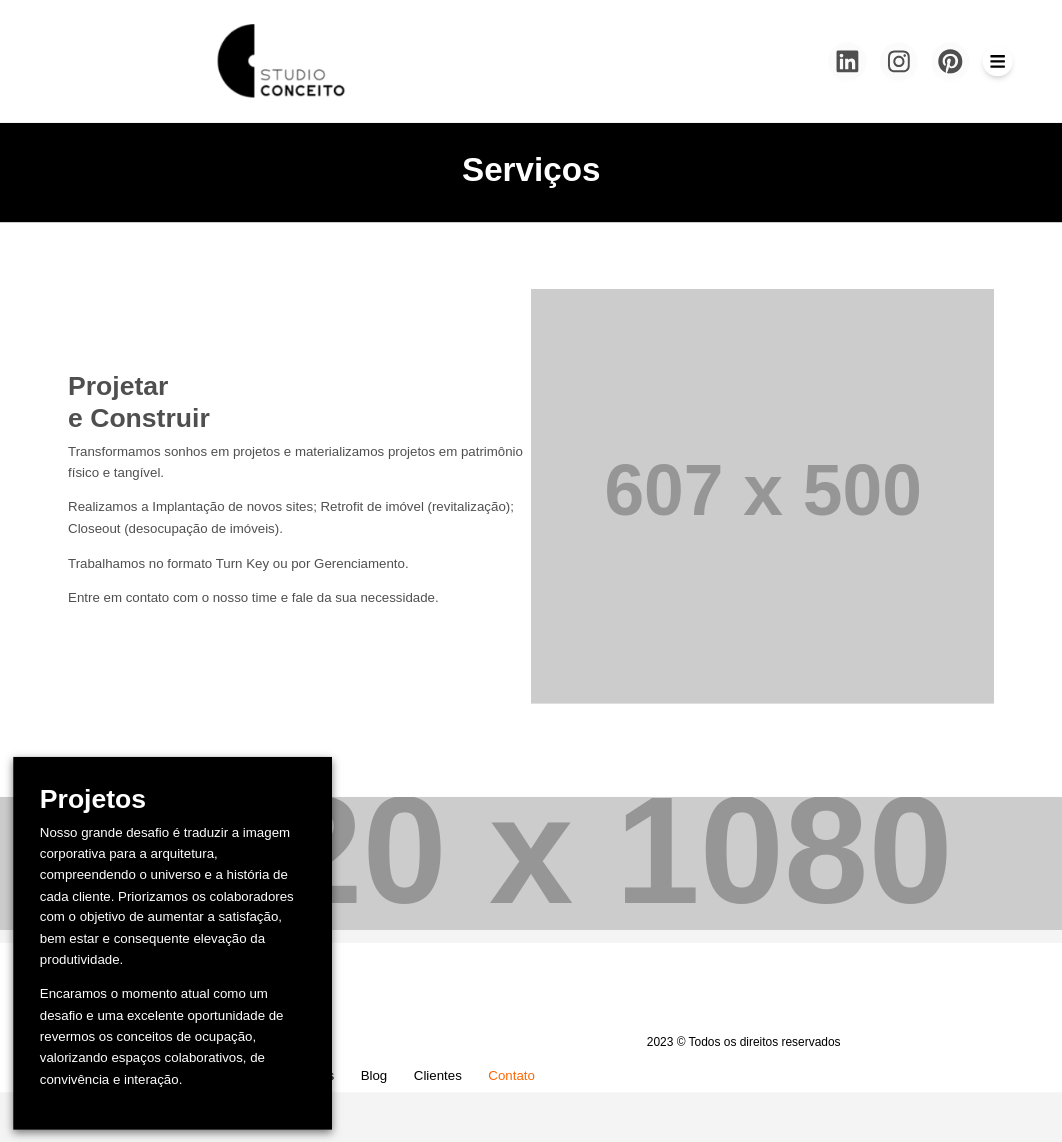
Repository: Upstairs-Agencia/studio-conceito-react
Page: /servicos
An editor plug-in stored every save of this project. The page is shown before and after a run of saves, followed by the edit.
The browser window is 1280 px wide. The pictures show the whole page, at 83% of full size.
The project was rebuilt for these pictures with package versions that can differ from the ones it lists, and the page was loaded fresh each time. Also part of the build but not shown: src/pages/Home.js, src/pages/QuemSomos.js, src/pages/Cases.js, src/pages/Blog.js, src/pages/Clientes.js, src/pages/Contato.js.

Above is the page before, as saved 2024-12-28 03:13:53.

### public/index.html
<!DOCTYPE html>
<html lang="en">
  <head>
    <meta charset="utf-8" />
    <link rel="icon" href="%PUBLIC_URL%/favicon.ico" />
    <meta name="viewport" content="width=device-width, initial-scale=1" />
    <meta name="theme-color" content="#000000" />
    <meta
      name="description"
      content="Web site created using create-react-app"
    />
    <link rel="apple-touch-icon" href="%PUBLIC_URL%/logo192.png" />
    <!--
      manifest.json provides metadata used when your web app is installed on a
      user's mobile device or desktop. See https://developers.google.com/web/fundamentals/web-app-manifest/
    -->
    <link rel="manifest" href="%PUBLIC_URL%/manifest.json" />
    <!--
      Notice the use of %PUBLIC_URL% in the tags above.
      It will be replaced with the URL of the `public` folder during the build.
      Only files inside the `public` folder can be referenced from the HTML.

      Unlike "/favicon.ico" or "favicon.ico", "%PUBLIC_URL%/favicon.ico" will
      work correctly both with client-side routing and a non-root public URL.
      Learn how to configure a non-root public URL by running `npm run build`.
    -->
    <title>Studio Conceito</title>
  </head>
  <body>
    <noscript>You need to enable JavaScript to run this app.</noscript>
    <div id="root"></div>
    <!--
      This HTML file is a template.
      If you open it directly in the browser, you will see an empty page.

      You can add webfonts, meta tags, or analytics to this file.
      The build step will place the bundled scripts into the <body> tag.

      To begin the development, run `npm start` or `yarn start`.
      To create a production bundle, use `npm run build` or `yarn build`.
    -->
  </body>
</html>

### src/index.js

import React from 'react';
import ReactDOM from 'react-dom';
import App from './App';
import 'mdb-react-ui-kit/dist/css/mdb.min.css'; // MDB styles
import './index.css'; // Global styles

ReactDOM.render(
  <React.StrictMode>
    <App />
  </React.StrictMode>,
  document.getElementById('root')
);

### src/App.js

import React from 'react';
import { BrowserRouter as Router, Routes, Route } from 'react-router-dom';
import Home from './pages/Home';
import QuemSomos from './pages/QuemSomos';
import Servicos from './pages/Servicos';
import Cases from './pages/Cases';
import Blog from './pages/Blog';
import Clientes from './pages/Clientes';
import Contato from './pages/Contato';

function App() {
  return (
    <Router>
      <Routes>
        <Route path="/" element={<Home />} />
        <Route path="/quem-somos" element={<QuemSomos />} />
        <Route path="/servicos" element={<Servicos />} />
        <Route path="/cases" element={<Cases />} />
        <Route path="/blog" element={<Blog />} />
        <Route path="/clientes" element={<Clientes />} />
        <Route path="/contato" element={<Contato />} />
      </Routes>
    </Router>
  );
}

export default App;

### src/index.css

body {
  margin: 0;
  font-family: Arial, sans-serif;
  background-color: #f4f4f4;
}

### src/pages/Servicos.js
import React from "react";
import { MDBContainer } from "mdb-react-ui-kit";

import Navbar from '../components/navbar';
import Footer from '../components/footer';

const Servicos = () => {
  // Placeholder de imagens
  const placeholderImage1 = "https://via.placeholder.com/607x500"; // Imagem ao lado do texto
  const placeholderImage2 = "https://via.placeholder.com/1920x1080"; // Imagem de fundo

  return (
    <>
      {/* Navbar */}
      <Navbar/>


      <header style={{ backgroundColor: "black", color: "white", padding: "2rem 0", textAlign: "center" }}>
        <h1 className="fw-bold">Serviços</h1>
      </header>

      {/* Seção Projetar e Construir */}
      <section style={{ backgroundColor: "white", padding: "5rem 0" }}>
        <MDBContainer className="d-flex flex-column flex-lg-row align-items-center">
          {/* Texto */}
          <div style={{ flex: "1", marginBottom: "2rem" }}>
            <h2 className="fw-bold">Projetar<br />e Construir</h2>
            <p>
              Transformamos sonhos em projetos e materializamos projetos em patrimônio físico e tangível.
            </p>
            <p>
              Realizamos a Implantação de novos sites; Retrofit de imóvel (revitalização); Closeout (desocupação de imóveis).
            </p>
            <p>
              Trabalhamos no formato Turn Key ou por Gerenciamento.
            </p>
            <p>
              Entre em contato com o nosso time e fale da sua necessidade.
            </p>
          </div>

          {/* Imagem */}
          <div style={{ flex: "1", textAlign: "center" }}>
            <img
              src={placeholderImage1}
              alt="Projetar e Construir"
              style={{
                width: "100%",
                maxWidth: "607px",
                height: "500px",
                objectFit: "cover",
                marginBottom: "2rem",
              }}
            />
          </div>
        </MDBContainer>
      </section>

      {/* Seção Projetos */}
      <section
        style={{
          backgroundImage: `url(${placeholderImage2})`,
          backgroundSize: "cover",
          backgroundPosition: "center",
          padding: "5rem 0",
          position: "relative",
        }}
      >
        <MDBContainer>
          {/* Retângulo com texto */}
          <div
            style={{
              backgroundColor: "black",
              color: "white",
              padding: "2rem",
              width: "30%",
              position: "absolute",
              top: "-3rem", // Faz o retângulo subir sobre a imagem de fundo
              left: "1rem", // Margem à esquerda
              height: "auto", // Aumenta a altura com base no conteúdo
              boxShadow: "0px 4px 10px rgba(0, 0, 0, 0.5)", // Para criar um efeito de profundidade
            }}
          >
            <h2 className="fw-bold">Projetos</h2>
            <p>
              Nosso grande desafio é traduzir a imagem corporativa para a arquitetura, compreendendo o universo e a história de cada cliente. Priorizamos os colaboradores com o objetivo de aumentar a satisfação, bem estar e consequente elevação da produtividade.
            </p>
            <p>
              Encaramos o momento atual como um desafio e uma excelente oportunidade de revermos os conceitos de ocupação, valorizando espaços colaborativos, de convivência e interação.
            </p>
          </div>
        </MDBContainer>
      </section>

      <Footer/>
    </>
  );
};

export default Servicos;

### src/components/navbar.js
import React, { useState } from "react";

import Logo from "../images/logoBlack.png";

import {
  MDBNavbar,
  MDBNavbarBrand,
  MDBContainer,
} from "mdb-react-ui-kit";
import { FaLinkedin, FaInstagram, FaPinterest, FaBars } from "react-icons/fa";
import { IoIosClose } from "react-icons/io";
import { Link } from "react-router-dom";

import SeloGptw from "../images/selo-gptw.png";

const Navbar = () => {
  const [showMenu, setShowMenu] = useState(false);

  return (
    <>
      {/* Navbar */}
      <MDBNavbar dark bgColor="white" className="py-4 px-5">
        <MDBContainer fluid className="d-flex justify-content-between align-items-center">
          {/* Logo */}
          <MDBNavbarBrand href="#" className="ms-5">
            <img
              src={Logo}
              alt="Logo"
              style={{ maxHeight: "90px", marginLeft: "12vw"}}
            />
          </MDBNavbarBrand>

          {/* Social Icons and Menu Toggle */}
          <div className="d-flex align-items-center">
            {/* Social Icons */}
            <div className="d-flex gap-3 me-3">
              <button className="btn btn-light rounded-circle p-2">
                <FaLinkedin size={30} />
              </button>
              <button className="btn btn-light rounded-circle p-2">
                <FaInstagram size={30} />
              </button>
              <button className="btn btn-light rounded-circle p-2">
                <FaPinterest size={30} />
              </button>
            </div>

            {/* FaBars Icon for Sidebar */}
            <button
              className="btn rounded-circle p-2"
              style={{
                background: "none",
                border: "none",
                cursor: "pointer",
              }}
              onClick={() => setShowMenu(!showMenu)}
            >
              <FaBars size={20} color="black" />
            </button>
          </div>
        </MDBContainer>
      </MDBNavbar>

      {/* Sidebar Menu */}
      {showMenu && (
        <div
          className="position-fixed top-0 end-0 bg-white vh-100 vw-350 shadow-lg d-flex flex-column"
          style={{ zIndex: 1050, width: "500px" }}
        >
          <div className="d-flex justify-content-end p-3">
            {/* Close Button */}
            <button
              className="p-0"
              style={{
                background: "none",
                border: "none",
                cursor: "pointer",
              }}
              onClick={() => setShowMenu(false)}
            >
              <IoIosClose size={40} />
            </button>
          </div>





          <div className="p-4 flex-grow-1">
            {/* Menu Items */}
            <ul className="list-unstyled">
              {[
                { label: "Home", link: "/" },
                { label: "Quem somos", link: "/quem-somos" },
                { label: "Serviços", link: "/servicos" },
                { label: "Cases", link: "/cases" },
                { label: "Blog", link: "/blog" },
                { label: "Clientes", link: "/clientes" },
                { label: "Contato", link: "/contato" },
              ].map((item, index) => (
                <li key={index} className="py-2">
                  <Link
                    to={item.link}
                    className="text-decoration-none fs-6"
                    style={{
                      transition: "all 0.3s ease-in-out", // Transição suave
                      color:"black"
                    }}
                    onMouseOver={(e) => {
                      e.currentTarget.style.color = "#FF7F30"; // Altera a cor
                      e.currentTarget.style.fontWeight = "bold"; // Negrito
                    }}
                    onMouseOut={(e) => {
                      e.currentTarget.style.color = "black"; // Retorna à cor original
                      e.currentTarget.style.fontWeight = "normal"; // Retira o negrito
                    }}
                  >
                    {item.label}
                  </Link>
                </li>
              ))}
            </ul>
          </div>



          {/* Footer Section */}
          <div className="d-flex justify-content-between align-items-center px-4 pb-4">
            {/* Social Icons */}
            <div className="d-flex gap-3">
              <button className="btn btn-dark rounded-circle p-2">
                <FaLinkedin size={20} color="white" />
              </button>
              <button className="btn btn-dark rounded-circle p-2">
                <FaInstagram size={20} color="white" />
              </button>
              <button className="btn btn-dark rounded-circle p-2">
                <FaPinterest size={20} color="white" />
              </button>
            </div>

            {/* Placeholder Image */}
            <img
              src={SeloGptw}
              alt="Great Place to Work"
              style={{ maxHeight: "200px", marginBottom: "4rem" }}
            />
          </div>
        </div>
      )}
    </>
  );
};

export default Navbar;

### src/components/footer.js
import React from "react";
import { MDBFooter, MDBContainer, MDBRow, MDBCol } from "mdb-react-ui-kit";
import Logo from "../images/logoBlack.png";
import "../styles/footer.css";

const Footer = () => {
  return (
    <MDBFooter className="footer-container text-center text-white">
      <MDBContainer className="p-4 footer-content">

        <MDBRow className="content-signature">
            {/* Logo e Nome */}
            <MDBCol md="4" className="mb-4 footer-left">
                <img
                    src={Logo}
                    alt="Studio Conceito Logo"
                    className="footer-logo"
                />

                {/* Navegação */}
                <MDBCol md="4" className="mb-3 footer-center">
                    <nav className="footer-nav">
                        <a href="/">Home</a>
                        <a href="/quem-somos"> Quem somos </a>
                        <a href="/servicos">Serviços</a>
                        <a href="/cases">Cases</a>
                        <a href="/blog">Blog</a>
                        <a href="/clientes">Clientes</a>
                        <a href="/contato" className="footerHighlight">
                            Contato
                        </a>
                    </nav>
                </MDBCol>

            </MDBCol>

            {/* Direitos Reservados */}
            <MDBCol md="4" className="mb-4 footer-right">
                <p className="mb-0">2023 &copy; Todos os direitos reservados</p>
            </MDBCol>

        </MDBRow>



      </MDBContainer>
    </MDBFooter>
  );
};

export default Footer;

### src/styles/footer.css
.footer-container {
    background-color: white;
    height: 25vh !important; /* Ocupa 30% da altura da tela */
    display: flex;
    justify-content: center;
    align-items: center;
    color: black;
    font-family: Arial, sans-serif;
    margin: 1rem 0;
  }

  .footer-content {
    height: 100%; /* Garante que o conteúdo ocupe toda a altura do footer */
  }

  .content-signature{
    display: flex;
    flex-direction: row;
  }

  .footer-left {
    display: flex;
    flex-direction: column;
  }

  .footer-logo {
    max-width: 40%; /* Aumenta a imagem para 40% de seu tamanho */
    margin-bottom: 10px;
  }


  .footer-center {
    text-align: center;
    margin: 2rem 0;
  }

  .footer-nav{
    display: flex;
    flex-direction: row;
    justify-content: space-around;
    width:35vw;

  }

  .footerHighlight {
    color: #ff6600 !important;
  }

  .footer-nav a {
    margin: 1px 1rem;
    text-decoration: none;
    color: #000;
    font-size: 1rem;
    transition: color 0.3s ease;
  }

  .footer-nav a:hover {
    color: #ff6600;
  }



  .footer-right {
    text-align: center;
    display: flex;
    justify-content: center;
    align-items: center;
    margin-left: 20vw;
    font-size: 0.9rem;
    color: #000;
  }

After the next 2 saves:
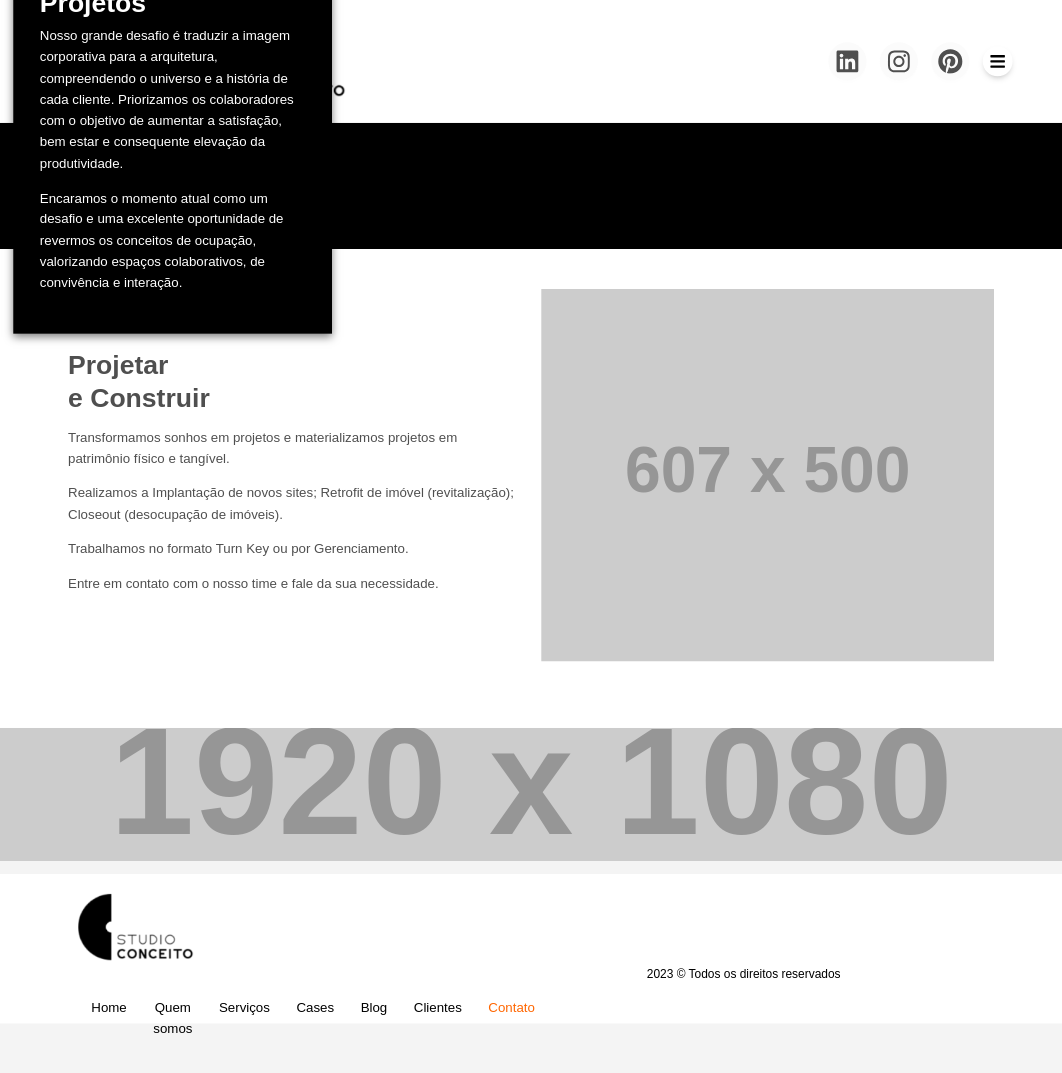
The 2 saves are shown as one change because 1 did not build or start.
The last was saved 87 s later.
--- a/src/pages/Servicos.js
+++ b/src/pages/Servicos.js
@@ -1,69 +1,60 @@
-import React from "react";
-import { MDBContainer } from "mdb-react-ui-kit";
-
+import React from 'react';
+import { MDBContainer, MDBRow, MDBCol } from 'mdb-react-ui-kit';
 import Navbar from '../components/navbar';
 import Footer from '../components/footer';
 
+const placeholderImage1 = 'https://placehold.co/607x500'; // Imagem ao lado do texto
+const placeholderImage2 = 'https://placehold.co/1920x1080'; // Imagem de fundo
+
 const Servicos = () => {
-  // Placeholder de imagens
-  const placeholderImage1 = "https://via.placeholder.com/607x500"; // Imagem ao lado do texto
-  const placeholderImage2 = "https://via.placeholder.com/1920x1080"; // Imagem de fundo
+  return (
+    <div>
+      <Navbar />
 
-  return (
-    <>
-      {/* Navbar */}
-      <Navbar/>
-
-
-      <header style={{ backgroundColor: "black", color: "white", padding: "2rem 0", textAlign: "center" }}>
-        <h1 className="fw-bold">Serviços</h1>
-      </header>
-
-      {/* Seção Projetar e Construir */}
-      <section style={{ backgroundColor: "white", padding: "5rem 0" }}>
-        <MDBContainer className="d-flex flex-column flex-lg-row align-items-center">
-          {/* Texto */}
-          <div style={{ flex: "1", marginBottom: "2rem" }}>
-            <h2 className="fw-bold">Projetar<br />e Construir</h2>
-            <p>
-              Transformamos sonhos em projetos e materializamos projetos em patrimônio físico e tangível.
-            </p>
-            <p>
-              Realizamos a Implantação de novos sites; Retrofit de imóvel (revitalização); Closeout (desocupação de imóveis).
-            </p>
-            <p>
-              Trabalhamos no formato Turn Key ou por Gerenciamento.
-            </p>
-            <p>
-              Entre em contato com o nosso time e fale da sua necessidade.
-            </p>
-          </div>
-
-          {/* Imagem */}
-          <div style={{ flex: "1", textAlign: "center" }}>
-            <img
-              src={placeholderImage1}
-              alt="Projetar e Construir"
-              style={{
-                width: "100%",
-                maxWidth: "607px",
-                height: "500px",
-                objectFit: "cover",
-                marginBottom: "2rem",
-              }}
-            />
-          </div>
+      {/* Sessão preta com título */}
+      <section className="bg-black text-white py-5">
+        <MDBContainer>
+          <h1 className="fw-bold">Serviços</h1>
         </MDBContainer>
       </section>
 
-      {/* Seção Projetos */}
+      {/* Sessão Projetar e Construir */}
+      <section className="py-5 bg-white">
+        <MDBContainer>
+          <MDBRow className="align-items-center">
+            <MDBCol md="6" className="mb-4">
+              <h2 className="fw-bold mb-3">Projetar<br />e Construir</h2>
+              <p>
+                Transformamos sonhos em projetos e materializamos projetos em patrimônio físico e tangível.
+              </p>
+              <p>
+                Realizamos a Implantação de novos sites; Retrofit de imóvel (revitalização); Closeout (desocupação de imóveis).
+              </p>
+              <p>
+                Trabalhamos no formato Turn Key ou por Gerenciamento.
+              </p>
+              <p>
+                Entre em contato com o nosso time e fale da sua necessidade.
+              </p>
+            </MDBCol>
+            <MDBCol md="6">
+              <img
+                src={placeholderImage1}
+                alt="Projetar e Construir"
+                style={{ width: '100%', height: 'auto', marginBottom: '2rem' }}
+              />
+            </MDBCol>
+          </MDBRow>
+        </MDBContainer>
+      </section>
+
+      {/* Sessão Projetos */}
       <section
         style={{
           backgroundImage: `url(${placeholderImage2})`,
-          backgroundSize: "cover",
-          backgroundPosition: "center",
-          padding: "5rem 0",
-          position: "relative",
+          backgroundSize: 'cover',
+          backgroundPosition: 'center',
+          padding: '5rem 0',
         }}
       >
         <MDBContainer>
@@ -92,8 +83,8 @@ const Servicos = () => {
         </MDBContainer>
       </section>
 
-      <Footer/>
-    </>
+      <Footer />
+    </div>
   );
 };
 
